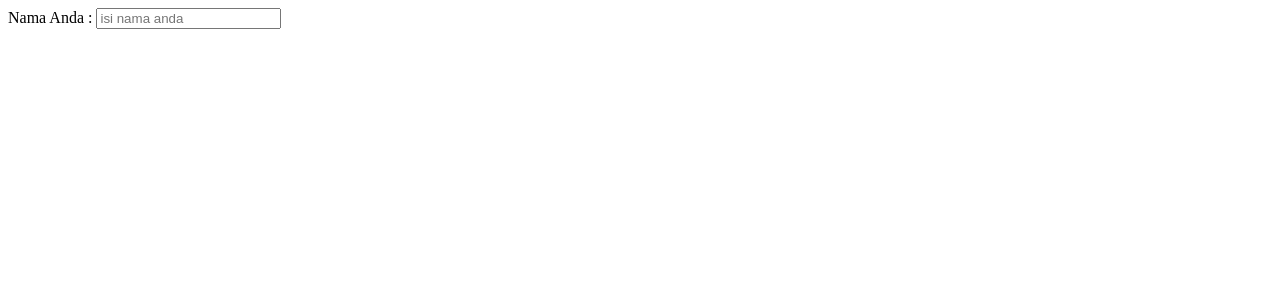
Repository: AHSANS354/tugas-sib5
Page: latihan4.html
The author's editor kept a copy of each file at every save. The page is drawn from the files as they stood at one save, then again after the next save.
The browser window is 1280 px wide. The pictures show the whole page.

Above is the page before, as saved 2023-08-21 10:52:12.

### latihan4.html
<!DOCTYPE html>
<html lang="en">
  <head>
    <meta charset="UTF-8" />
    <meta name="viewport" content="width=device-width, initial-scale=1.0" />
    <title>Document</title>
  </head>
  <body>
    <label for="">Nama Anda : </label>
    <input type="text" name="nama" placeholder="isi nama anda" size="20" maxlength="30" />
  </body>
</html>

After the next save:
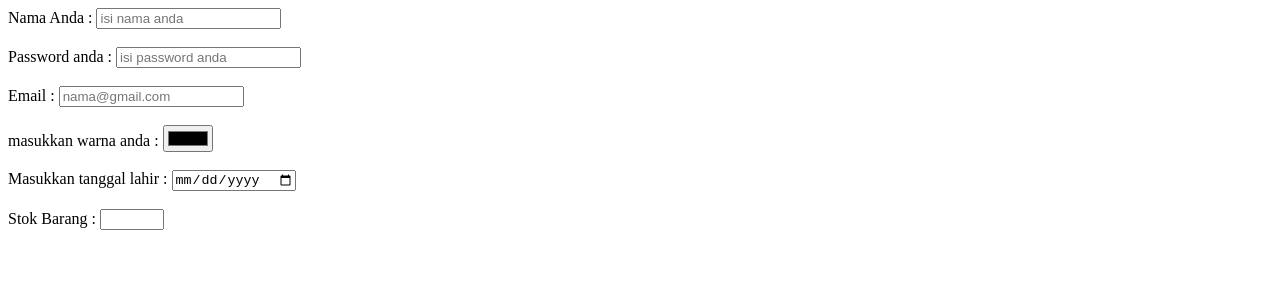
Saved 11 min 16 s later.
--- a/latihan4.html
+++ b/latihan4.html
@@ -8,5 +8,22 @@
   <body>
     <label for="">Nama Anda : </label>
     <input type="text" name="nama" placeholder="isi nama anda" size="20" maxlength="30" />
+    <br /><br />
+    <label for="">Password anda : </label>
+    <input type="password" name="password" placeholder="isi password anda" />
+    <br /><br />
+    <label for="">Email : </label>
+    <input type="email" name="email" placeholder="nama@gmail.com" />
+    <br /><br />
+    <label for="">masukkan warna anda : </label>
+    <input type="color" name="warna" id="" />
+    <br /><br />
+    <label for="">Masukkan tanggal lahir : </label>
+    <input type="date" name="tgllahir" id="" />
+    <br /><br />
+    <label for="">Stok Barang : </label>
+    <input type="number" name="nilai" min="0" max="100" />
+    <br /><br />
+    <label for=""></label>
   </body>
 </html>
